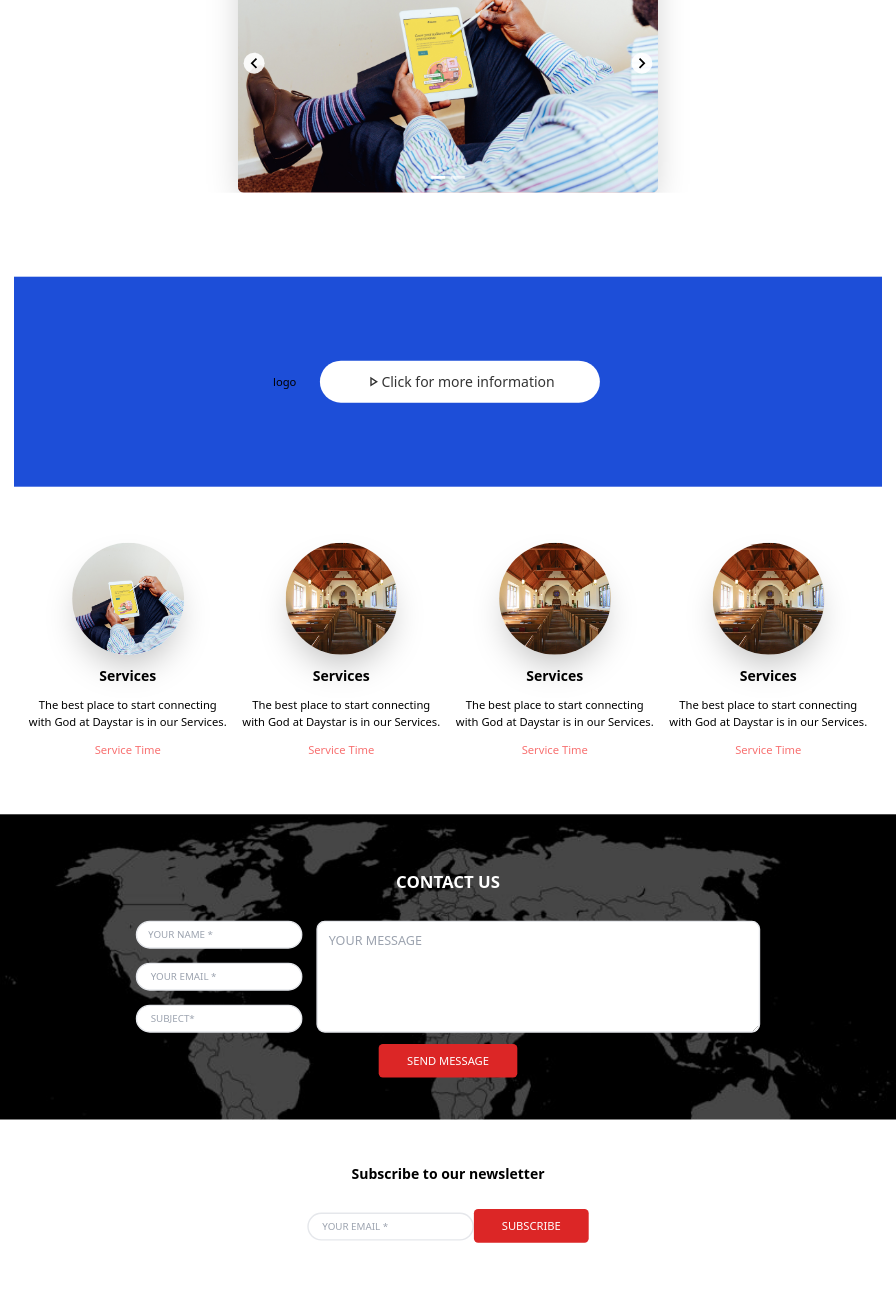
Repository: hisreal123/godschamber
Page: /
An editor plug-in stored every save of this project. The page is shown before and after the next save, followed by the edit.
The browser window is 1280 px wide. The pictures show the part of the page from y = 1835 to 3755 px (the page is 3695 px tall before and 3755 px after), at 70% of full size.
The project was rebuilt for these pictures with package versions that can differ from the ones it lists, and the page was loaded fresh each time. The framework's server and built-in components were replaced by stand-ins that run in the browser. Also part of the build but not shown: next.config.js.

Above is the page before, as saved 2023-03-31 18:15:37.

After the next save:
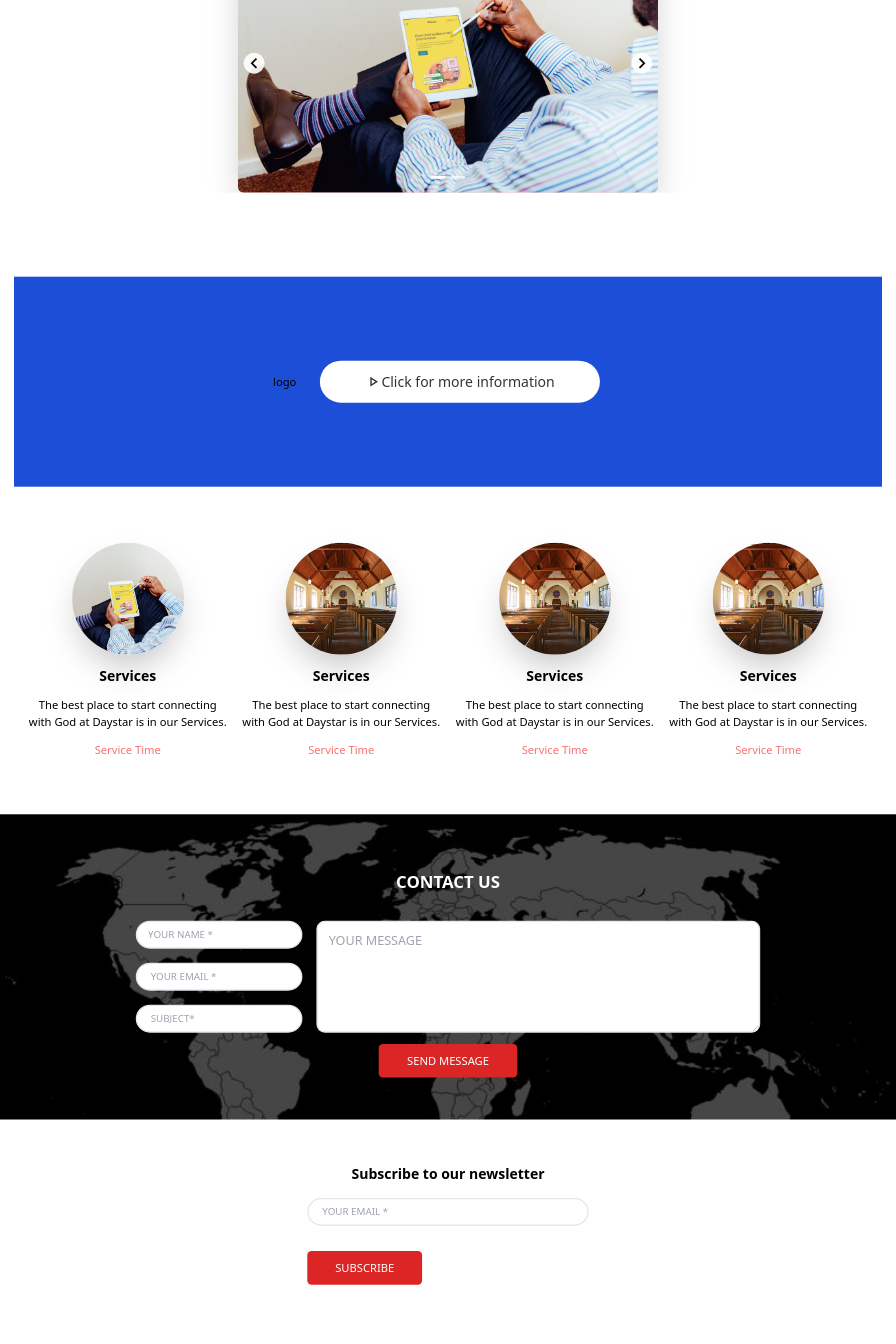
Saved 21 s later.
--- a/src/app/components/Newsletter.tsx
+++ b/src/app/components/Newsletter.tsx
@@ -15,7 +15,7 @@ export default function Newsletter() {
                     <h1 className=' mb-5 text-center font-bold text-3xl lg:text-xl '> Subscribe to our newsletter </h1>
 
                     <form method="post">
-                        <input type="email" placeholder=' YOUR EMAIL *' className='mb-5  text-sm rounded-3xl px-4 py-2 hover:first-letter:border-red-300 border-2 outline-none' />
+                        <input type="email" placeholder=' YOUR EMAIL *' className='w-full mb-5  text-sm rounded-3xl px-4 py-2 hover:first-letter:border-red-300 border-2 outline-none' />
                         <button type='submit' className='self-center md:w-fit rounded-md bg-red-600 hover:bg-red/60  px-4 py-3 w-full mt-4 mb-5 md:text-white lg:px-10 hover:bg-red-800 md:font-light '> SUBSCRIBE </button>
                     </form>
                 </div>
